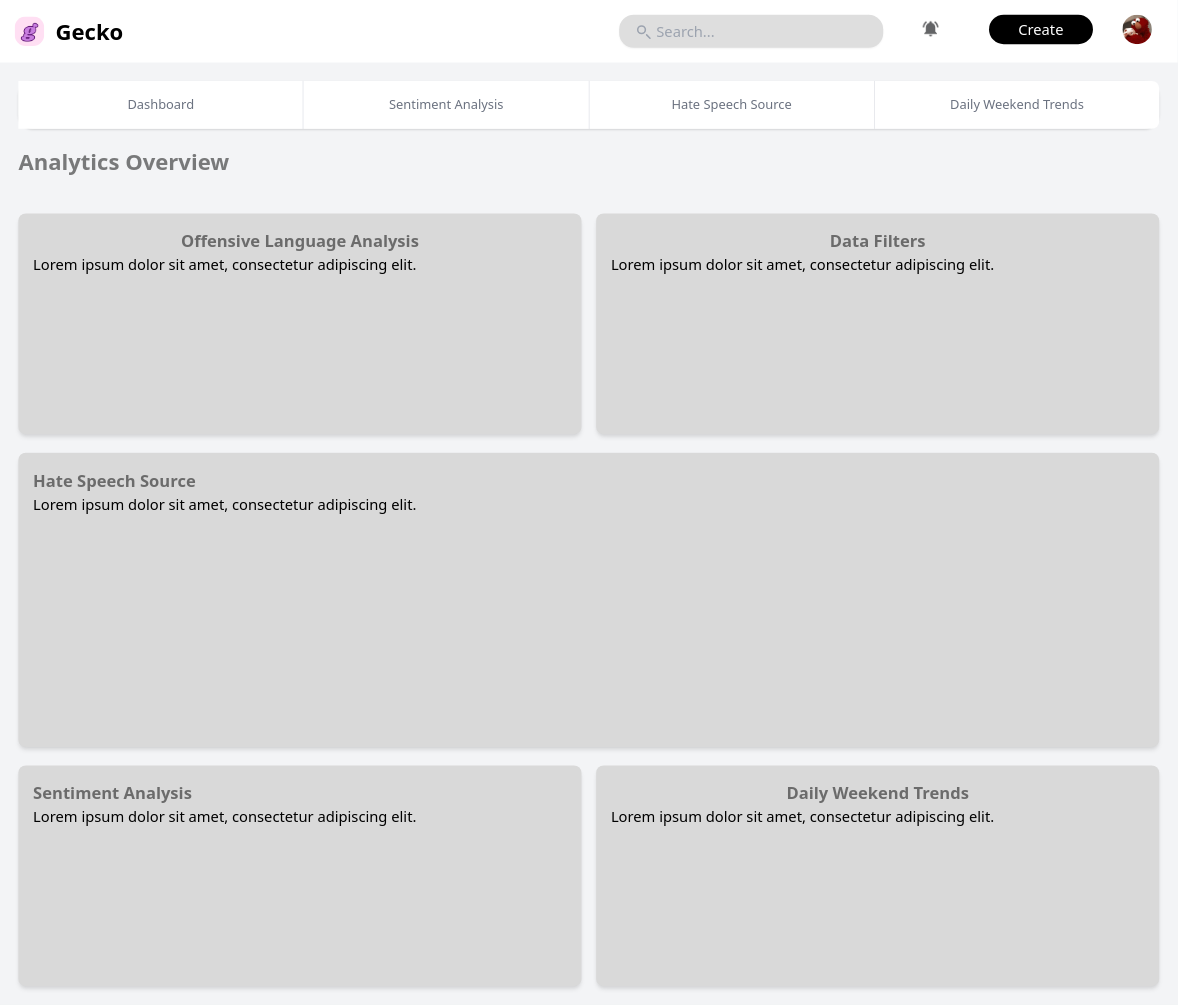
Repository: theamgri/thesis-website-nextjs
Page: website.html
An editor plug-in stored every save of this project. The page is shown before and after the next save, followed by the edit.
The browser window is 1280 px wide. The pictures show the whole page, at 92% of full size.

Above is the page before, as saved 2023-10-02 09:44:49.

After the next save:
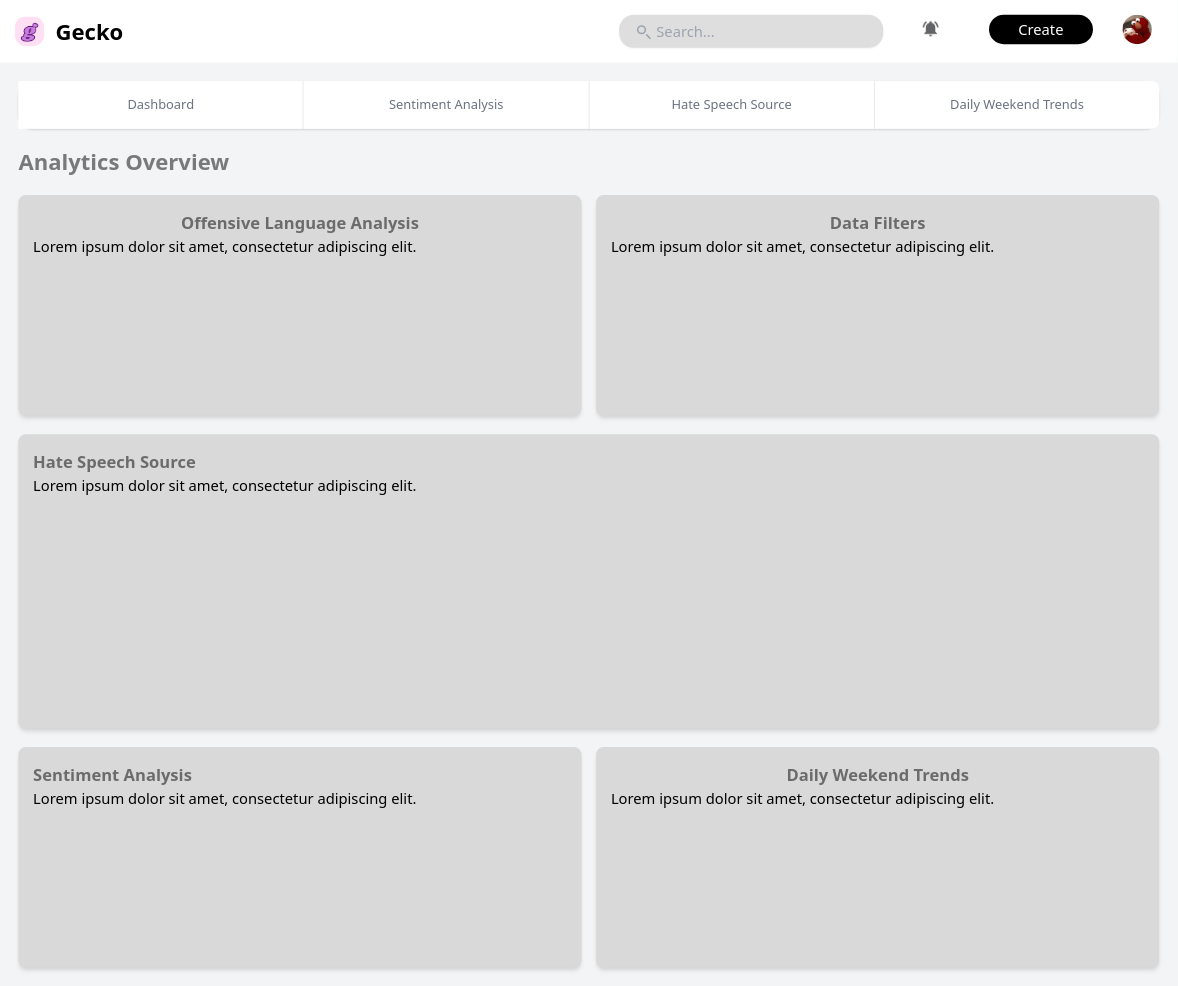
Saved 22 s later.
--- a/website.html
+++ b/website.html
@@ -120,11 +120,11 @@
   </div>
 
 
-  <div class="container mx-auto mt-10">
+  <div class="container mx-auto mt-0">
     <div class="m-5 grid grid-cols-1 md:grid-cols-2 lg:grid-cols-2 xl:grid-cols-2 gap-4">
         <!-- Container 1 -->
         <div class="bg-white p-4 rounded-lg shadow-md" style="background-color: #D9D9D9; height: 15rem;">
-            <h2 class="text-lg text-center opacity-50 font-semibold" style="color: #000000;">Offensive Language Analysis</h2>
+            <h2 class="text-lg text-center opacity-50 font-semibold" >Offensive Language Analysis</h2>
             <p>Lorem ipsum dolor sit amet, consectetur adipiscing elit.</p>
         </div>
 
